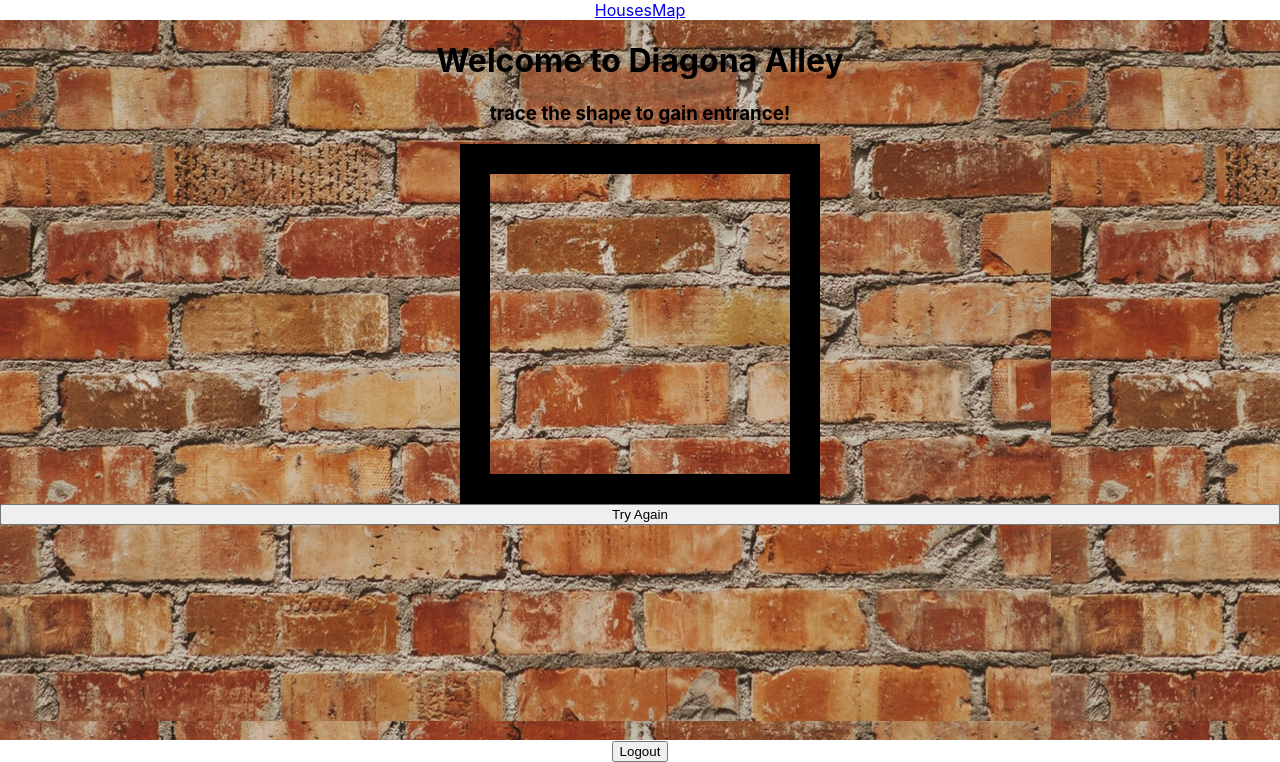
Repository: Brandon205/PotterGo
Page: /houses (app in client/)
An editor plug-in stored every save of this project. The page is shown before and after the next save, followed by the edit.
The browser window is 1280 px wide. The pictures show the whole page.
The project was rebuilt for these pictures with package versions that can differ from the ones it lists, and the page was loaded fresh each time. A package was used in the major version that the imports need, not the one package.json lists. Also part of the build but not shown: client/src/Homepage.jsx, client/src/Signup.js, client/src/Login.js, client/src/LoginPage.jsx, client/src/WandGenerator.jsx.

Above is the page before, as saved 2019-11-21 15:52:01.

### client/src/App.js
import React from 'react';
import './App.css';
import Axios from 'axios';
import {
  BrowserRouter as Router,
  Route,
  Link,
} from 'react-router-dom';
import DiagonAlley from './DiagonAlley';
import Homepage from './Homepage';
import LoginPage from './LoginPage';
import WandGenerator from './WandGenerator';

class App extends React.Component {
  state = {
    token: '',
    user: null,
    errorMessage: '',
    lockedResult: '',
    redirect: ''
  }

  checkForLocalToken = () => {
    // Look in LS for localtoken
    let token = localStorage.getItem('mernToken');
    if (!token || token === 'undefined') {
      // if no taken, remove all evidence of mernToken from LS and state
      localStorage.removeItem('mernToken');
      this.setState({ token: '', user: null });
    } else {
      // if token, verify token on backend
      Axios.post('/auth/me/from/token', { token })
      .then(res => {
        if (res.data.type === 'error') {
          localStorage.removeItem('mernToken');
          this.setState({ token: '', user: null, errorMessage: res.data.message });
        } else {
          // if verified store it back in LS and state
          localStorage.setItem('mernToken', res.data.token);
          this.setState({ token: res.data.token, user: res.data.user });
        }
      })
    }
  }

  componentDidMount = () => {
    this.checkForLocalToken()
  }

  liftToken = ({token, user}) => {
    this.setState({ token, user });
  }

  logout = () => {
    localStorage.removeItem('mernToken');
    this.setState({ token: '', user: null });
  }

  render() {
    return (
      <Router>
        <div className="App">
          <Link to='/houses'>Houses</Link>
          <Link to='/map'>Map</Link>
          <Route exact path='/' render={ () => <LoginPage liftToken={this.liftToken}/>}/>
          <Route exact path='/map' component={Homepage}/>
          <Route exact path='/houses' component={DiagonAlley}/>
          <Route exact path='/wand' component={WandGenerator}/>
          <button onClick={this.logout}>Logout</button>
        </div>
      </Router>
    );
  }
}

export default App;

### client/src/App.css
.App {
  text-align: center;
}

.App-logo {
  height: 40vmin;
}

.App-header {
  background-color: #282c34;
  min-height: 100vh;
  display: flex;
  flex-direction: column;
  align-items: center;
  justify-content: center;
  font-size: calc(10px + 2vmin);
  color: white;
}

.App-link {
  color: #09d3ac;
}

.backgroundDiv {
  display: flex;
  flex-flow: column;
  height: 100vh;
  width: 100vw;
  background-image: url('brick.jpg');
}

.container {
  display: flex;
  align-content: center;
  justify-content: center;
}

.diagonDiv {
  height: 300px;
  width: 300px;
  border: 30px solid black;
}

.innerDiv {
  height: 300px;
  width: 300px;
}

.tryAgain {

}

### client/src/DiagonAlley.jsx
import React, { useState, useEffect } from 'react'
import axios from 'axios'

function DiagonAlley () {
    const [X, setX] = useState(0)
    const [Y, setY] = useState(0)
    const [breaking, setBreaking] = useState(false)
    const [youFaileda, setyouFaileda] = useState('')

    function onMouseMove (event)  {
        setX(event.screenX)
        setY(event.screenY)
        console.log(X, Y)
    }

    function onMouseMoveTwo (event)  {
        setBreaking(true)
        setyouFaileda('The wall stays solid! Please try again!')
        console.log('You have failed')
    }

    function onClick (event) {

    }

    var youFailed;
    var youFailedFinal;
    if (breaking) {
        youFailed = youFaileda
        youFailedFinal = <h3>{youFailed}</h3>
    } else {
        youFailed = ''
    }
    return (
        <div className='backgroundDiv'>
            <div>
                <h1>Welcome to Diagona Alley</h1>
                <h3>trace the shape to gain entrance!</h3>
            </div>
            <div className='container'>
                <div onMouseMove={onMouseMove} className='diagonDiv'>
                <div onMouseDown={onMouseMoveTwo} className='innerDiv'></div>
                </div>
            </div>
            {youFailedFinal}
            <button onClick={onClick} className='tryAgain'>Try Again</button>
        </div>
    )
}

export default DiagonAlley

Loaded but not shown: client/public/index.html (common file); client/src/index.js (common file); client/src/index.css (common file); client/src/serviceWorker.js (common file)

After the next save:
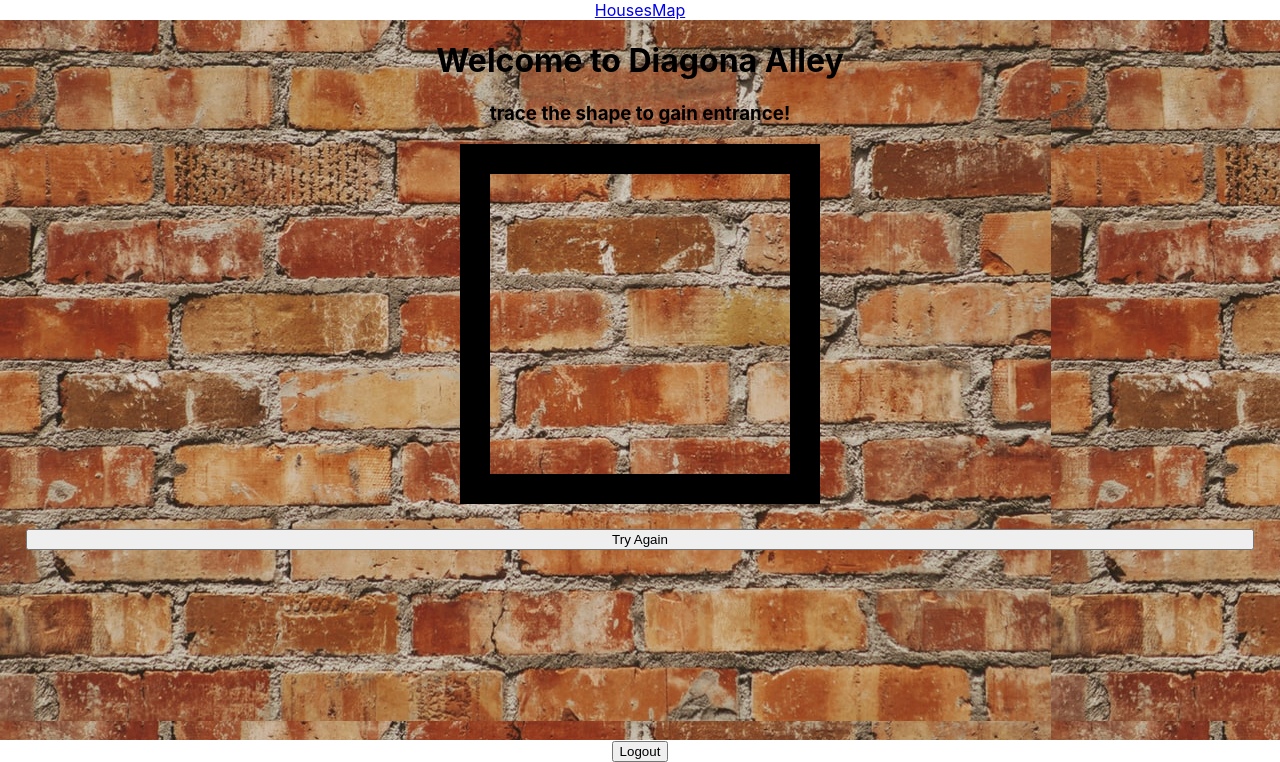
Saved 10 s later.
--- a/client/src/App.css
+++ b/client/src/App.css
@@ -47,5 +47,5 @@
 }
 
 .tryAgain {
-
+  margin: 2%;
 }
